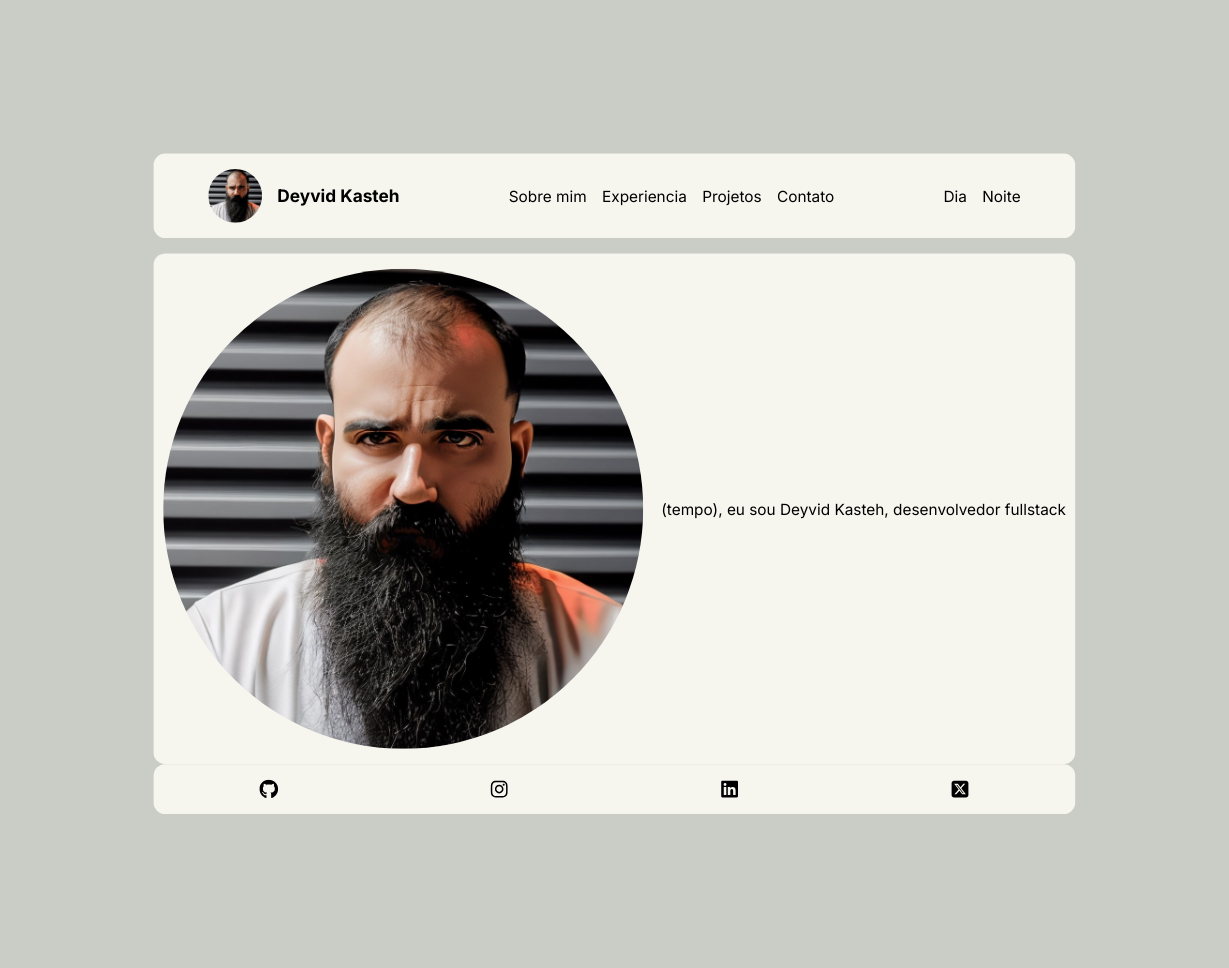
Repository: Deyvid-Kasteh/kasteh_portfolio
Page: /
The author's editor kept a copy of each file at every save. The page is drawn from the files as they stood at one save, then again after the next save.
The browser window is 1280 px wide. The pictures show the whole page, at 96% of full size.
The project was rebuilt for these pictures with package versions that can differ from the ones it lists, and the page was loaded fresh each time. The framework's server and built-in components were replaced by stand-ins that run in the browser. Also part of the build but not shown: next.config.mjs.

Above is the page before, as saved 2024-03-26 00:29:20.

### src/app/layout.tsx
import type { Metadata } from "next";
import { Inter } from "next/font/google";
import "./globals.css";

const inter = Inter({ subsets: ["latin"] });

export const metadata: Metadata = {
  title: "Create Next App",
  description: "Generated by create next app",
};

export default function RootLayout({
  children,
}: Readonly<{
  children: React.ReactNode;
}>) {
  return (
    <html lang="pt-br">
      <body
        className={`bg-customGrayBG ${inter.className} p-4 sm:p-6 md:p-8 lg:p-10 xl:p-40`}
      >
        {children}
      </body>
    </html>
  );
}

### src/app/page.tsx
import Footer from "./components/footer";
import Header from "./components/header";
import Main from "./components/main";

export default function Home() {
  return (
    <>
      <Header />
      <Main />
      <Footer/>
    </>
  );
}

### src/app/globals.css
@tailwind base;
@tailwind components;
@tailwind utilities;

:root {
  --foreground-rgb: 0, 0, 0;
  --background-start-rgb: 214, 219, 220;
  --background-end-rgb: 0, 0, 0;
}

/* @media (prefers-color-scheme: dark) {
  :root {
    --foreground-rgb: 255, 255, 255;
    --background-start-rgb: 0, 0, 0;
    --background-end-rgb: 0, 0, 0;
  }
} */

body {
  color: "#25282B"
  /* background: linear-gradient(
      to bottom,
      transparent,
      rgb(var(--background-end-rgb))
    )
    rgb(var(--background-start-rgb)); */
}



@layer utilities {
  .text-balance {
    text-wrap: balance;
  }
}

### src/app/components/footer.tsx
import React from "react";
import {
  FaGithub,
  FaInstagram,
  FaLinkedin
} from "react-icons/fa";
import { FaSquareXTwitter } from "react-icons/fa6";

const Footer: React.FC = () => {
  return (
    <main className="bg-customGrayComponents flex justify-around items-center py-4 rounded-xl text-[20px]">
      <FaGithub />
      <FaInstagram />
      <FaLinkedin />
      <FaSquareXTwitter />
    </main>
  );
};

export default Footer;

### src/app/components/header.tsx
import React from "react";
import logo from "../../../public/deyvidKaseth.jpg";
import Image from "next/image";

const Header: React.FC = () => {
  return (
    <header className="bg-customGrayComponents flex justify-around items-center py-4 rounded-xl mb-4">
      <div className="flex items-center space-x-4">
        <Image src={logo} alt="Logo" className="rounded-full w-14 h-14" />
        <h1 className="text-lg font-bold">Deyvid Kasteh</h1>
      </div>
      <nav>
        <ul className="flex space-x-4">
          <li>
            <a href="#">Sobre mim</a>
          </li>
          <li>
            <a href="#">
              Experiencia
            </a>
          </li>
          <li>
            <a href="#">Projetos</a>
          </li>
          <li>
            <a href="#">Contato</a>
          </li>
        </ul>
      </nav>
      <div className="flex space-x-4">
        <p>Dia</p>
        <p>Noite</p>
      </div>
    </header>
  );
};

export default Header;

### src/app/components/main.tsx
import React from 'react'
import MinhaFoto from './common/fotoDeyvidKasteh';

const Main: React.FC = () => {
  return (
    <main className="bg-customGrayComponents flex justify-around items-center py-4 rounded-xl">
      <div>
        <MinhaFoto height={500} width={500} />
      </div>
      <div>(tempo), eu sou Deyvid Kasteh, desenvolvedor fullstack</div>
    </main>
  );
}

export default Main

### src/app/components/common/fotoDeyvidKasteh.tsx
import React from "react"
import minhafoto from "../../../../public/deyvidKaseth.jpg"
import Image from "next/image"


interface ImageProps {
  width: number;
  height: number;
}


const MinhaFoto: React.FC<ImageProps> = ({ width, height }) => {
  return (
    <Image
      src={minhafoto}
      alt="Foto de Deyvid Kasteh"
      width={width}
      height={height}
      className="rounded-full"
    />
  );
};

export default MinhaFoto

### tailwind.config.ts
import type { Config } from "tailwindcss";

const config: Config = {
  content: [
    "./src/pages/**/*.{js,ts,jsx,tsx,mdx}",
    "./src/components/**/*.{js,ts,jsx,tsx,mdx}",
    "./src/app/**/*.{js,ts,jsx,tsx,mdx}",
  ],
  theme: {
    extend: {
      backgroundImage: {
        "gradient-radial": "radial-gradient(var(--tw-gradient-stops))",
        "gradient-conic":
          "conic-gradient(from 180deg at 50% 50%, var(--tw-gradient-stops))",
      },
      colors: {
        customGrayBG: "#CACCC6", // Definindo o background color
        customGrayComponents: "#F6F6EF",
      },
    },
  },
  plugins: [],
};
export default config;

After the next save:
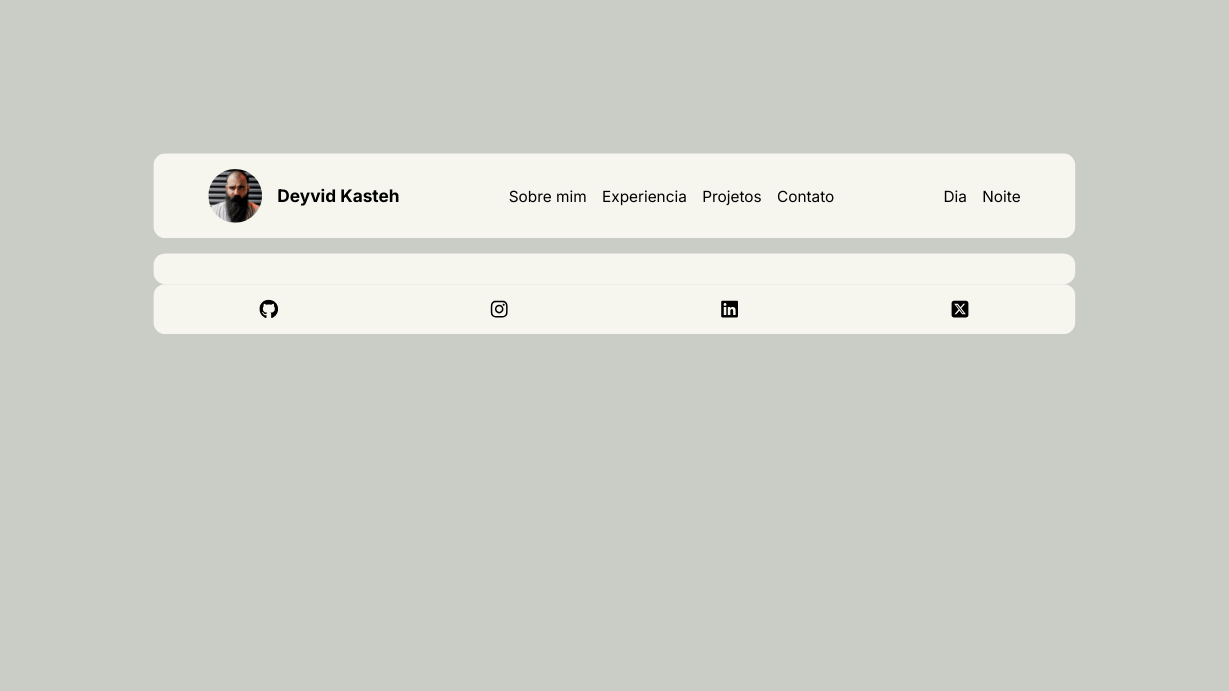
Saved 9 s later.
--- a/src/app/components/main.tsx
+++ b/src/app/components/main.tsx
@@ -4,10 +4,7 @@ import MinhaFoto from './common/fotoDeyvidKasteh';
 const Main: React.FC = () => {
   return (
     <main className="bg-customGrayComponents flex justify-around items-center py-4 rounded-xl">
-      <div>
-        <MinhaFoto height={500} width={500} />
-      </div>
-      <div>(tempo), eu sou Deyvid Kasteh, desenvolvedor fullstack</div>
+
     </main>
   );
 }
